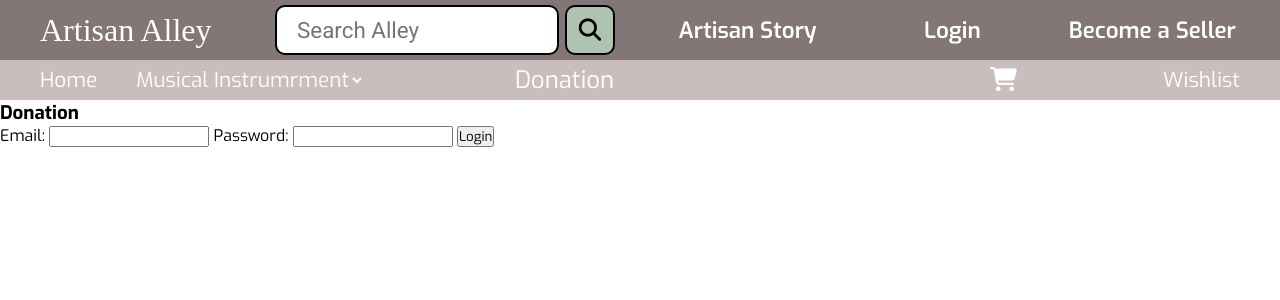
Repository: RingkhangBTY/Bytehacks_Hackathon_Project
Page: donation.html
An editor plug-in stored every save of this project. The page is shown before and after the next save, followed by the edit.
The browser window is 1280 px wide. The pictures show the whole page.
Some web fonts or font styles are not loaded; a fallback is used.

Above is the page before, as saved 2024-11-27 10:24:48.

After the next save:
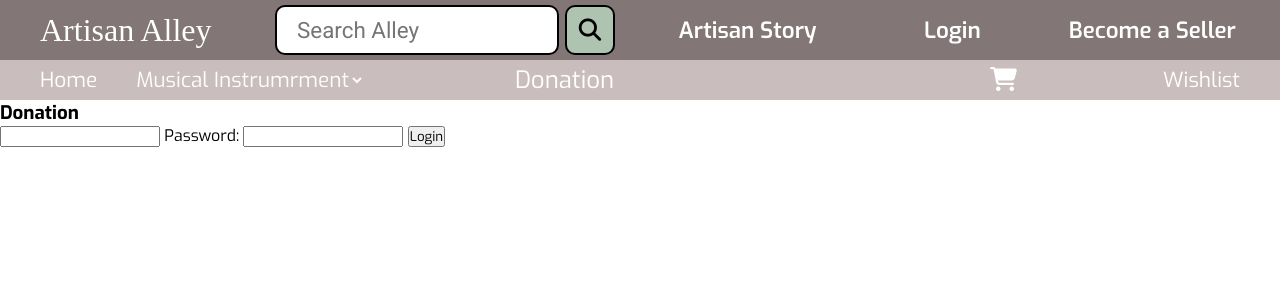
Saved 5 s later.
--- a/donation.html
+++ b/donation.html
@@ -79,7 +79,7 @@
             <!-- <h2>Welcome to </h2> -->
             <form id="donation from">
                 <h3>Donation</h3>
-                <lab for="email">Email:</lab>
+                <lab for="email"></lab>
                 <input type="amount" id="text" name="Email">
 
                 <label for="password">Password:</label>
